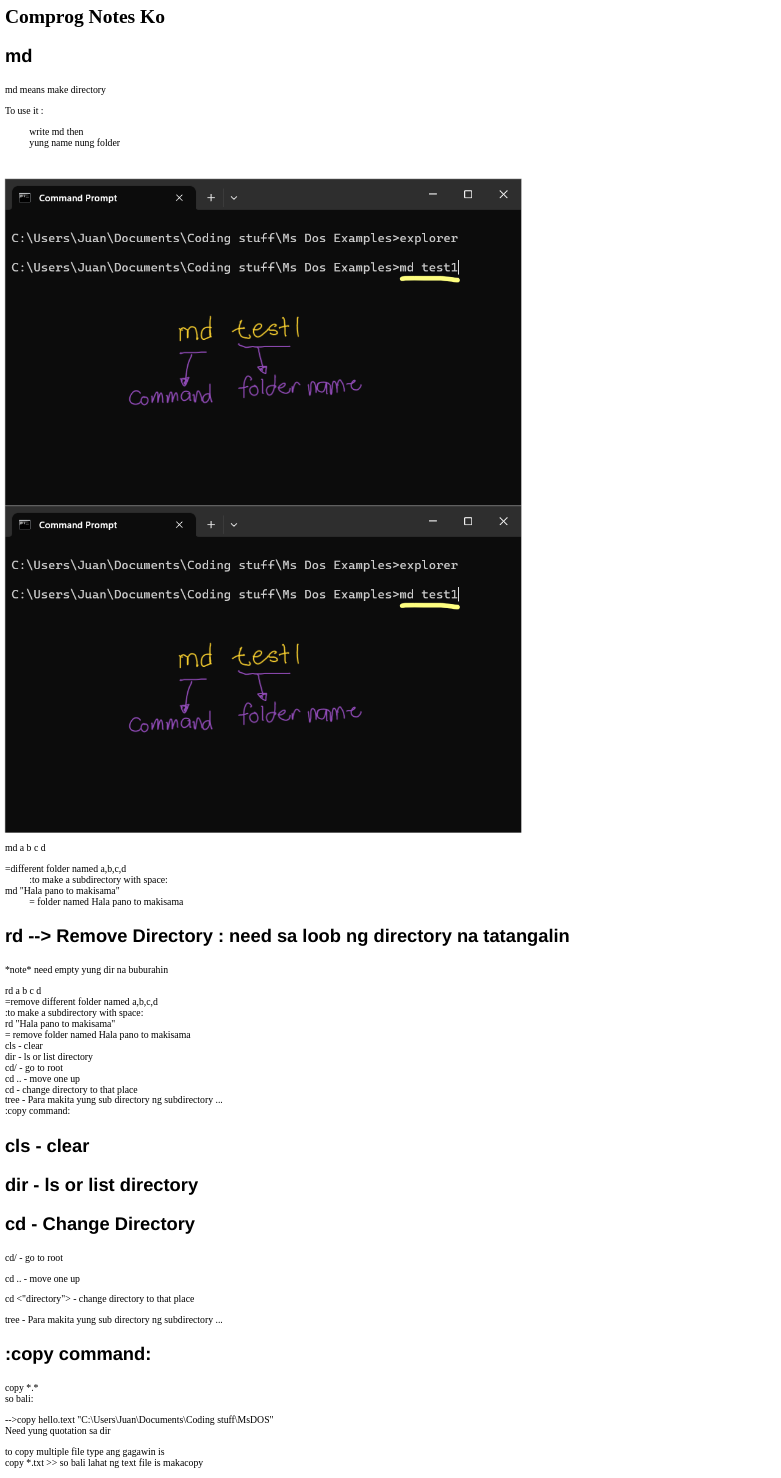
Repository: zwainer/Comprog
Page: index.html
The author's editor kept a copy of each file at every save. The page is drawn from the files as they stood at one save, then again after the next save.
The browser window is 1280 px wide. The pictures show the whole page, at 61% of full size.

Above is the page before, as saved 2023-05-05 22:35:04.

After the next save:
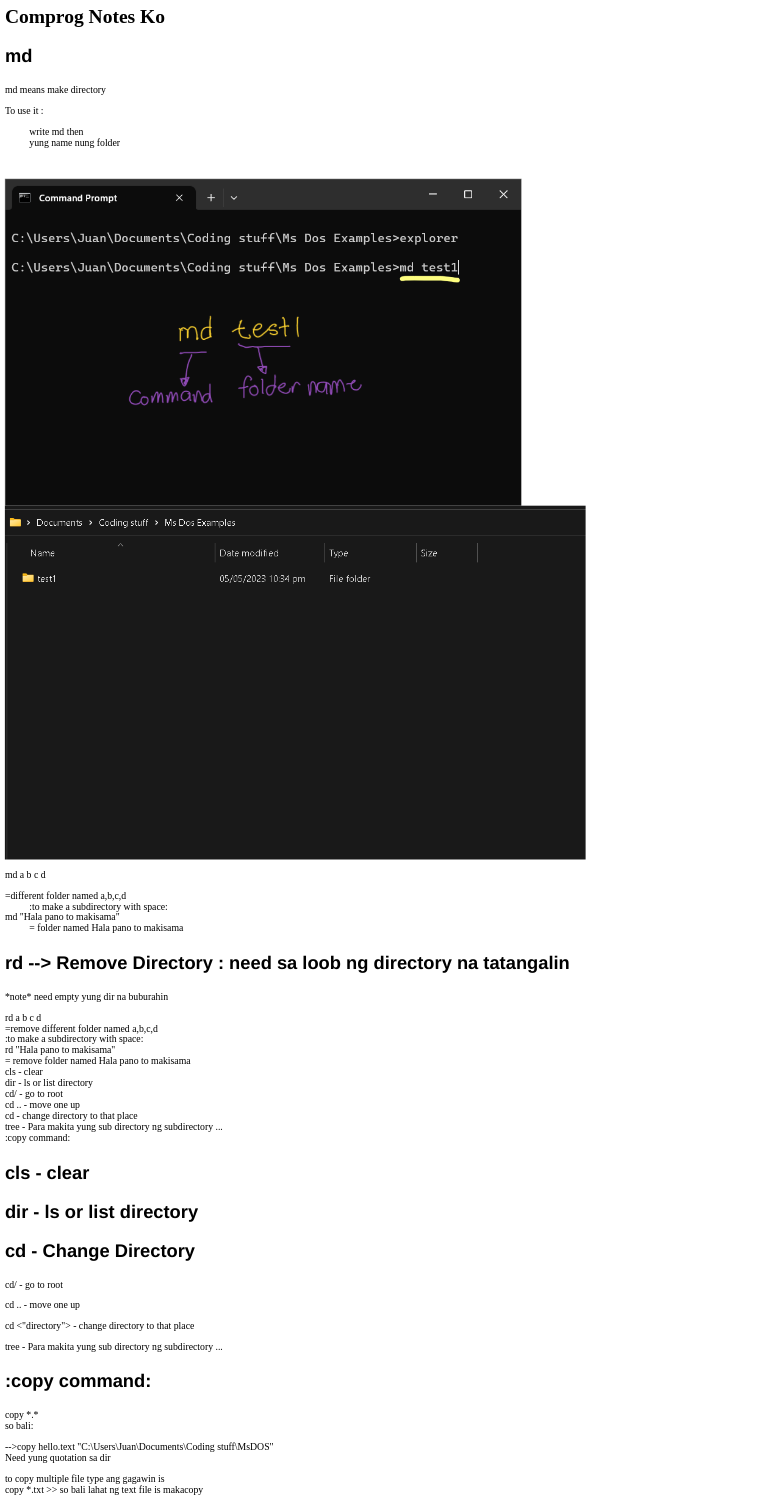
Saved 45 s later.
--- a/index.html
+++ b/index.html
@@ -33,7 +33,7 @@
 	<img src="pictures/1_1.png">
 
 
-	<img src="pictures/1_1.png">
+	<img src="pictures/2.png">
 
 	<p>md a b c d  <br/></p>
 
